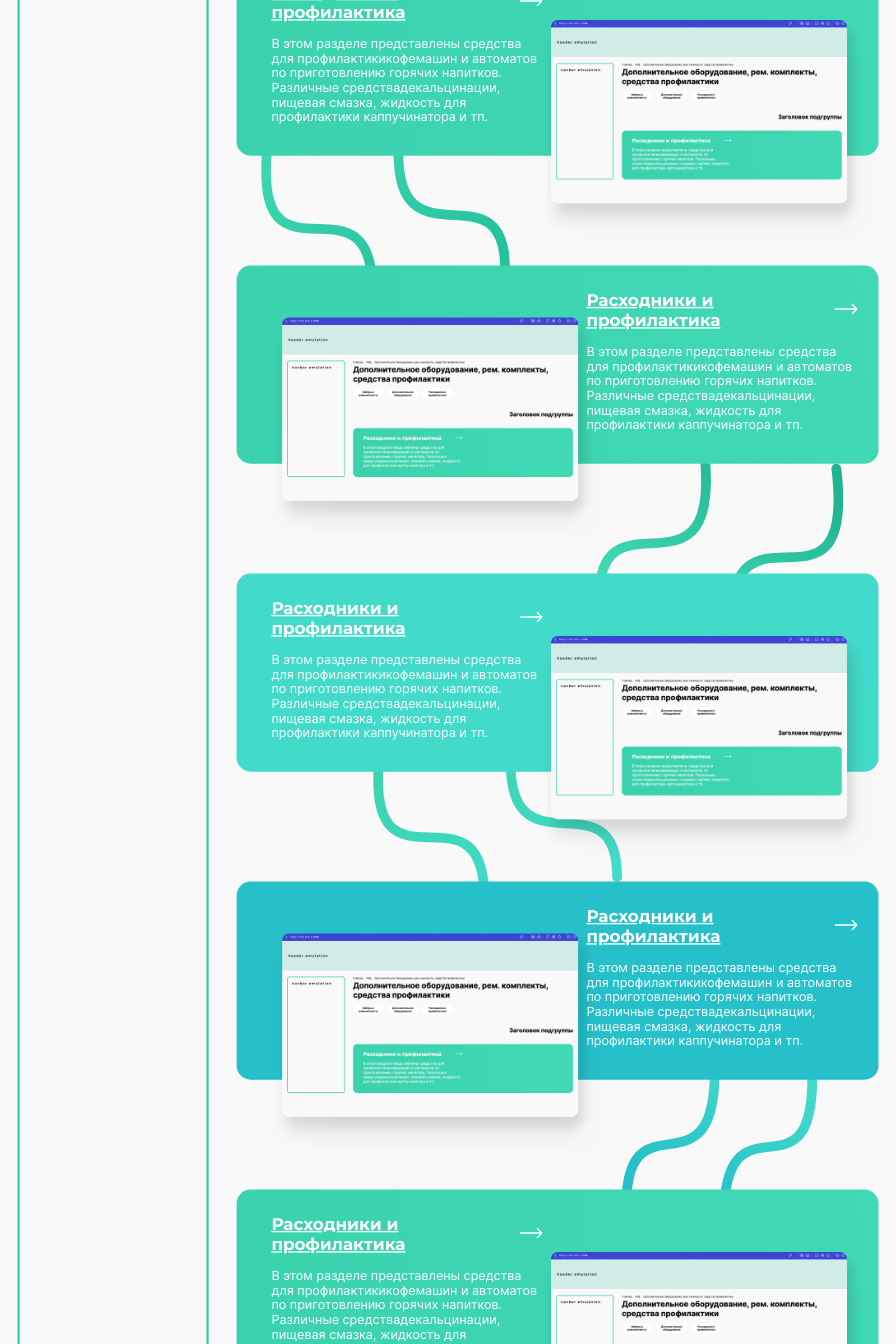
Repository: axonde/venpart-faq-pages
Page: index.html
The author's editor kept a copy of each file at every save. The page is drawn from the files as they stood at one save, then again after the next save.
The browser window is 1280 px wide. The pictures show the part of the page from y = 379 to 2299 px (the page is 2635 px tall), at 70% of full size.

Above is the page before, as saved 2024-02-28 20:08:56.

After the next save:
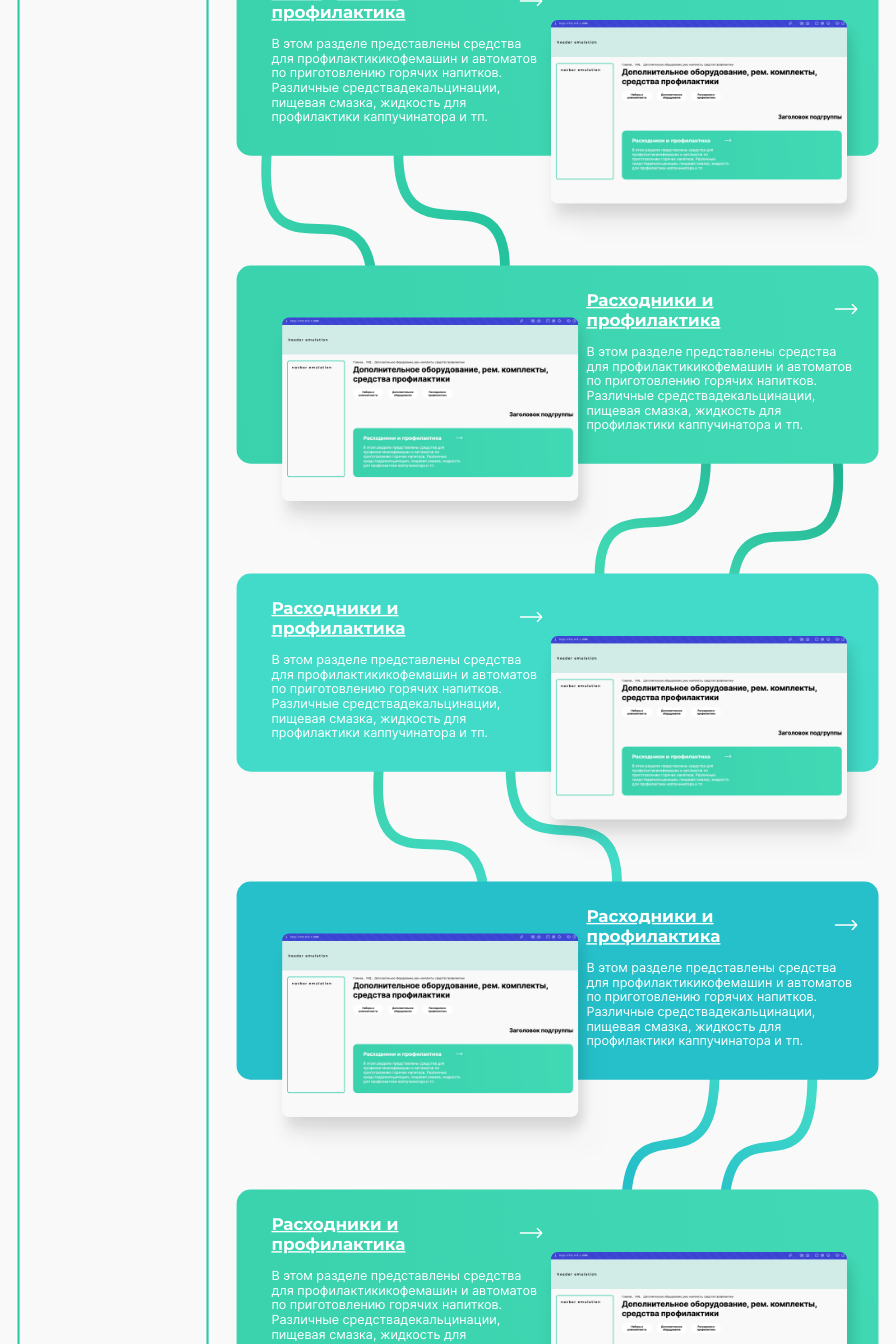
Saved 15 s later.
--- a/style.css
+++ b/style.css
@@ -576,14 +576,13 @@ scrollbar-width: none; /* Firefox */}
 	background: url('decorations/decoration-2.svg');
 	width: 356px;
 	height: 287px;
-	top: 80%;
+	/* top: 80%; */
 	left: initial;
 	right: 50px;}
 .faq__item:nth-child(3n)::after {
 	background: url('decorations/decoration-3.svg');
 	width: 356px;
 	height: 287px;
-	bottom: -190px;
 	/* top: 80%; */
 	left: 195px;}
 .faq__item:nth-child(4n)::after {
